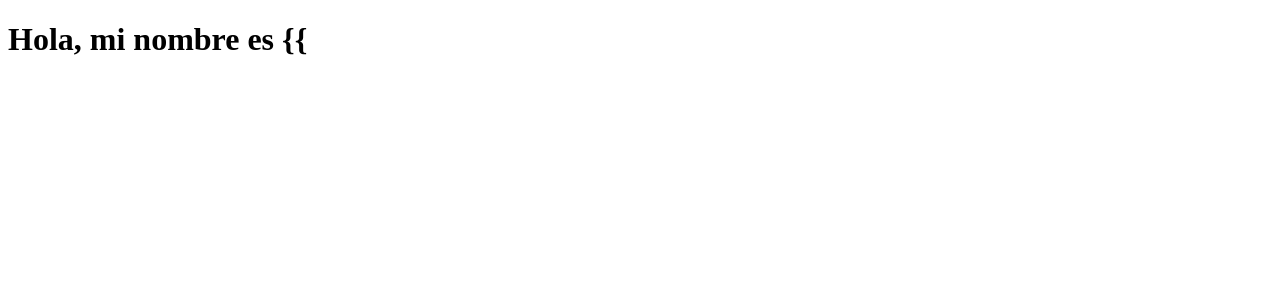
Repository: SofiaSferco/PWA-2026
Page: practico01/index.html
The author's editor kept a copy of each file at every save. The page is drawn from the files as they stood at one save, then again after a run of saves.
The browser window is 1280 px wide. The pictures show the whole page.

Above is the page before, as saved 2026-09-10 00:08:51.

After the next 2 saves:
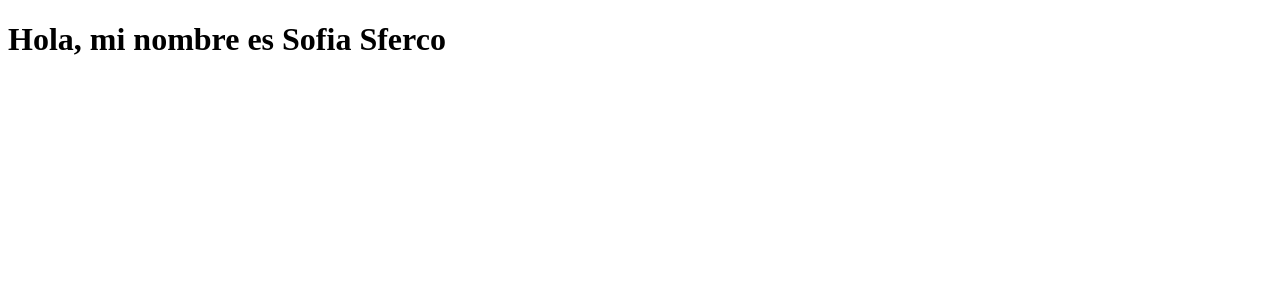
The 2 saves are shown as one change because they came seconds apart.
The last was saved 10 s later.
--- a/practico01/index.html
+++ b/practico01/index.html
@@ -7,7 +7,7 @@
 </head>
 <body>
     <div id="app">
-        <h1>Hola, mi nombre es {{ </h1>
+        <h1>Hola, mi nombre es {{nombre}} </h1>
     </div>
     <script>
        var app= new Vue({
